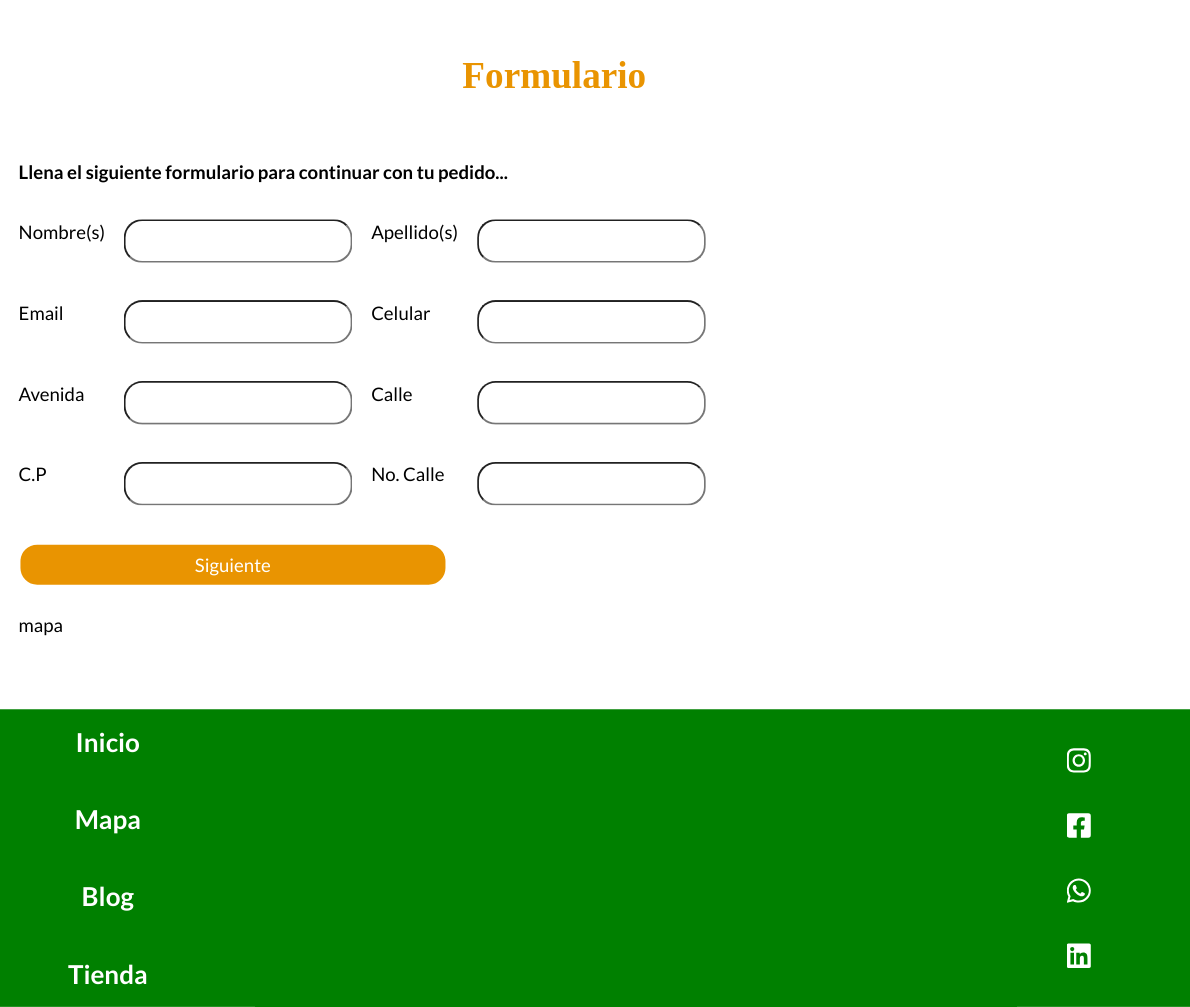
Repository: CarlosCamposRodriguez99/cv-beta-frontend
Page: /mapa
An editor plug-in stored every save of this project. The page is shown before and after the next save, followed by the edit.
The browser window is 1280 px wide. The pictures show the part of the page from y = 219 to 1302 px (the page is 1302 px tall), at 93% of full size.
Some web fonts or font styles are not loaded; a fallback is used. The project was rebuilt for these pictures with package versions that can differ from the ones it lists, and the page was loaded fresh each time. The framework's server and built-in components were replaced by stand-ins that run in the browser. Also part of the build but not shown: next.config.js.

Above is the page before, as saved 2022-05-06 18:13:04.

After the next save:
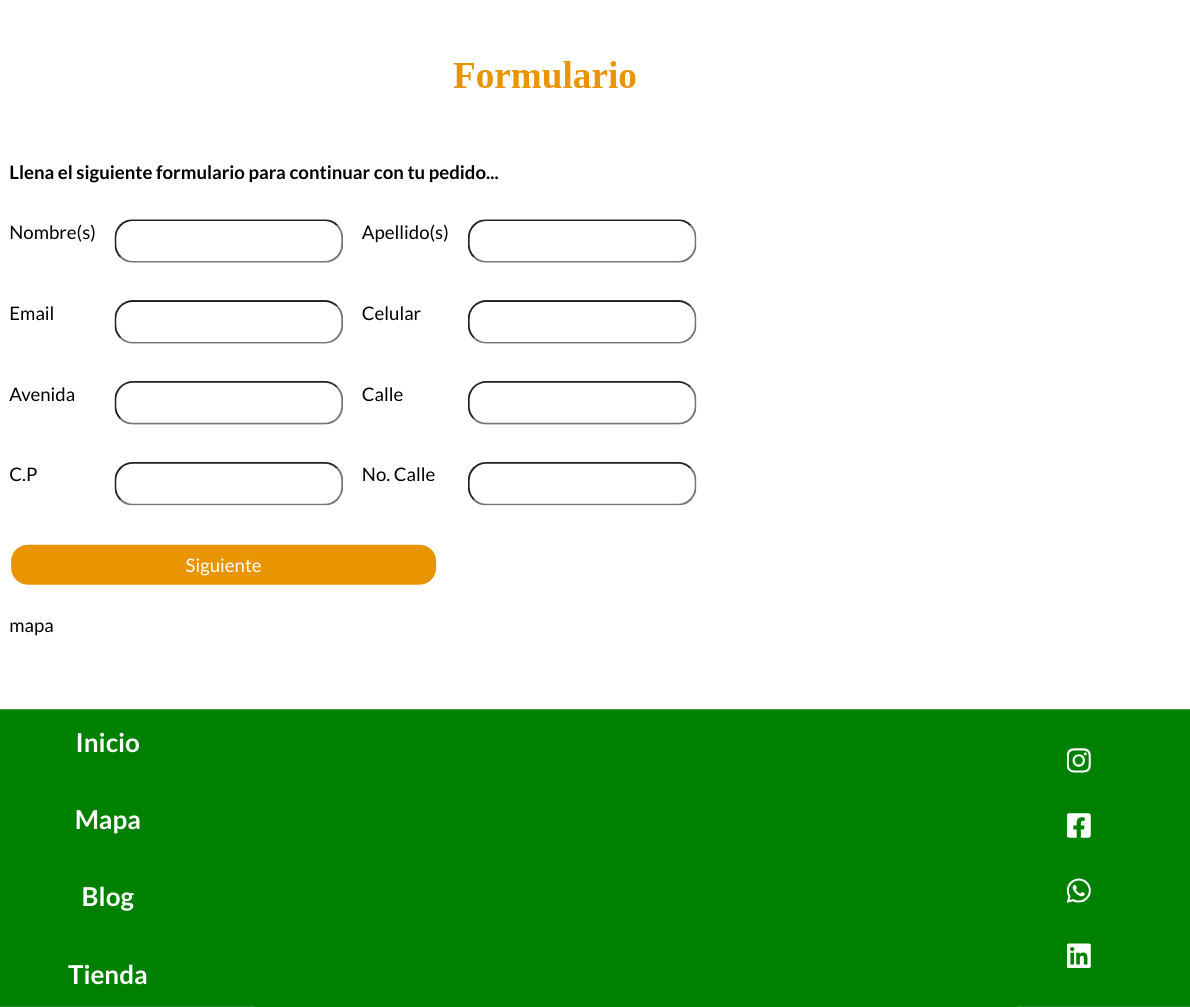
Saved 5 s later.
--- a/styles/Mapa.module.css
+++ b/styles/Mapa.module.css
@@ -26,7 +26,7 @@
 
 .head {
   max-width: 120rem;
-  margin: 1rem 2rem;
+  margin: 1rem 1rem;
   width: 90%;
   display: grid;
 }
